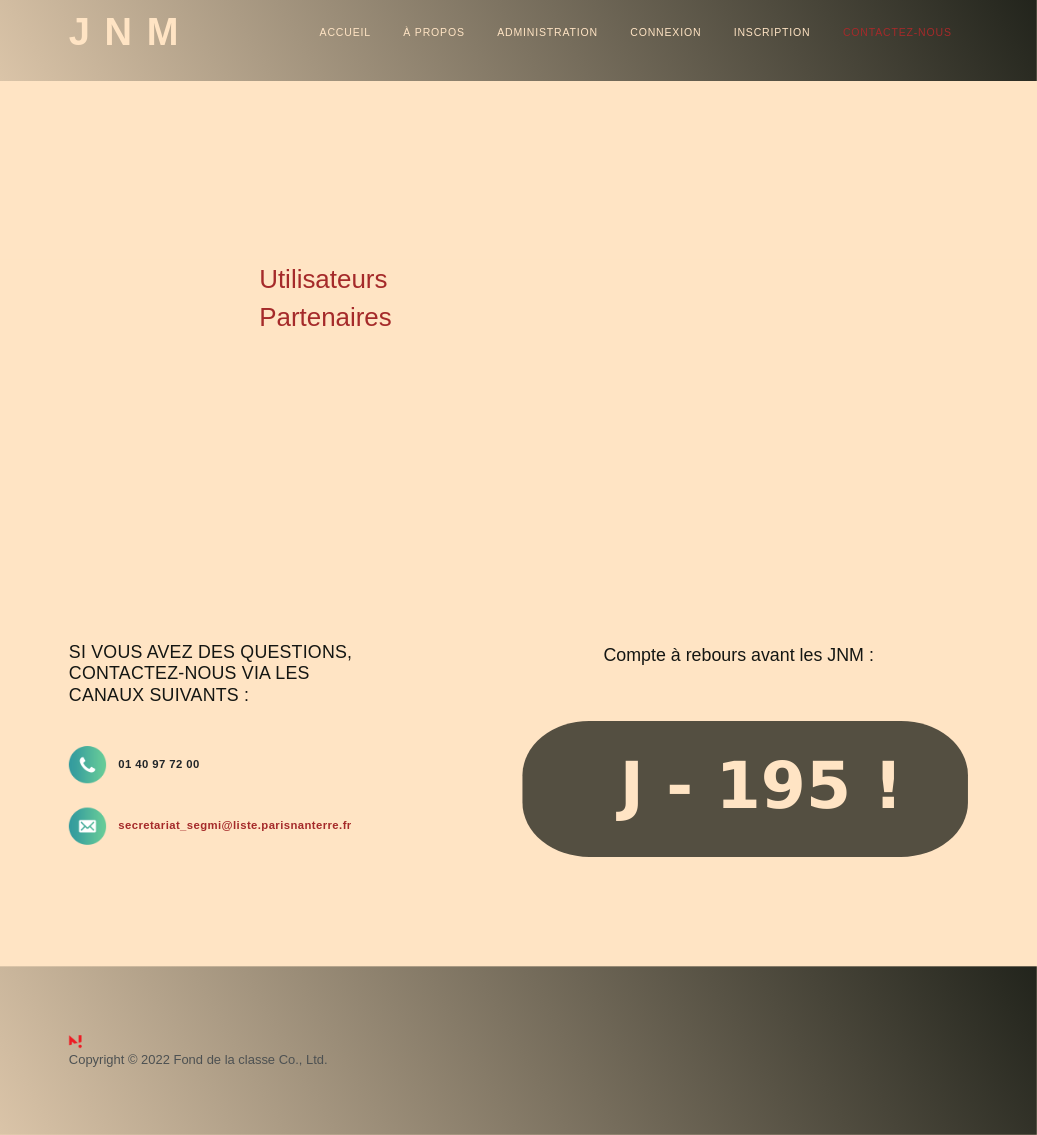
Repository: RiadNadri/ProjetWeb2022
Page: templates/Admin/admin.html.twig
The author's editor kept a copy of each file at every save. The page is drawn from the files as they stood at one save, then again after the next save.
The browser window is 1280 px wide. The pictures show the whole page, at 81% of full size.
Some web fonts or font styles are not loaded; a fallback is used. The page is a Twig template of a Symfony application; nobody is signed in and links lead nowhere. The template is opened directly, without the code that normally fills it, so the values that code supplies are empty.

Above is the page before, as saved 2022-12-24 16:50:25.

### templates/Admin/admin.html.twig
{% extends 'base.html.twig' %}

{% block title %} Administration {% endblock %}

{% block body %}

<style>
    .buttonUser{
        margin-top: 25%;
        margin-bottom: 20%;
        margin-left: 25%;
        font-size: xx-large;
    }
    .buttonPartenaire{
        margin-right: 30%;
        font-size: xx-large;
    }
</style>

<div class="section">
    <div class="buttonUser" >
        <a href="{{path('app_user')}}">Utilisateurs</a>
        <div class="buttonPartenaire">
            <a href="{{path('app_user')}}">Partenaires</a>
        </div>
    </div>
</div>
{% endblock %}

### templates/base.html.twig
<!DOCTYPE html>
<html>
    <head>
        <meta charset="UTF-8">
        <title>{% block title %}{% endblock %} - JNM</title>
        <meta name="viewport" content="width=device-width, initial-scale=1, shrink-to-fit=no">
        <meta name="description" content="">
        <meta name="author" content="">
        <link href="https://fonts.googleapis.com/css?family=Raleway:100,200,300,400,500,600,700,800,900&display=swap" rel="stylesheet">
        <link rel="shortcut icon" type= "image/png" href="{{ asset('img/favicon.png')}}" />

        {# Run `composer require symfony/webpack-encore-bundle` to start using Symfony UX #}

        <link rel="stylesheet" href="{{ asset('assets/css/bootstrap.min.css')}}">
        <link rel="stylesheet" href="{{ asset('assets/css/templatemo-breezed (1).css')}}">

        {% block stylesheets %}{% endblock %}

        {% block javascripts %}{% endblock %}
    </head>
    <body>

        <header class="header-area header-sticky">
        <div class="container">
            <div class="row">
                <div class="col-12">
                    <nav class="main-nav">
                        <!-- ***** Logo Start ***** -->
                        <a href="{{path('app_accueil')}}" class="logo">
                            JNM
                        </a>
                        <!-- ***** Logo End ***** -->
                        <!-- ***** Menu Start ***** -->
                        <ul class="nav">
                            <li class="scroll-to-section"><a href="{{path('app_accueil')}}" >Accueil</a></li>
                            <li class="scroll-to-section"><a href="#about">À propos</a></li>
                            <li class="scroll-to-section"><a href="{{path('app_admin')}}">Administration</a></li>
                            <li class="scroll-to-section"><a href="{{path('app_connexion')}}">Connexion</a></li>
                            {% if app.user %}
                                <li class="scroll-to-section"><a href="#réservation">Réservation</a></li>
                                <li class="scroll-to-section"><a href="{{path('app_profil')}}">Mon profil</a></li>
                                <li class="scroll-to-section"><a href="{{path('app_deconnexion')}}">Deconnexion</a></li>
                            {% else %}
                                <li class="scroll-to-section"><a href="{{path('app_inscription')}}">Inscription</a></li>
                            {% endif %}
                            <li class="scroll-to-section"><a href="#contact-us" class="active">Contactez-Nous</a></li>


                        </ul>

                        <!-- ***** Menu End ***** -->
                    </nav>
                </div>
            </div>
        </div>
    </header>

    {% block body %}
    <section class="section" id="about">
        <div class="container">
            <div class="row">
                <div class="col-lg-6 col-md-6 col-xs-12">
                    <div class="left-text-content">
                        <div class="section-heading">
                            <h6>À propos des Journées Nationales de la MIAGE</h6>
                            <h2>Certains de nos partenaires</h2>
                        </div>
                        <div class="row">
                            <div class="col-md-6 col-sm-6">
                                <div class="service-item">
                                    <a href="https://pepsi.fr/" rel ="nofollow noopener" target="_blank"> <img src="{{ asset('img/Pepsi-Logo-PNG-Pic.png')}}" alt=""> </a>
                                    <h4><a rel="nofollow noopener" href="https://pepsi.fr/" target="_blank">Pepsi</a></h4>
                                </div>
                            </div>
                            <div class="col-md-6 col-sm-6">
                                <div class="service-item">
                                    <a href="https://www.beinsports.com/france/" rel ="nofollow noopener" target="_blank"> <img src="{{ asset('img/Bein_sport_logo.png')}}" alt=""> </a>
                                    <h4><a rel="nofollow noopener" href="https://www.beinsports.com/france/" target="_blank">BeIn Sport</a></h4>
                                </div>
                            </div>
                            <div class="col-md-6 col-sm-6">
                                <div class="service-item">
                                    <a href="https://www.canalplus.com/" rel ="nofollow noopener" target="_blank"> <img src="{{ asset('img/canal-logo-png-transparent.png')}}" alt=""> </a>
                                    <h4><a rel="nofollow noopener" href="https://www.canalplus.com/" target="_blank">Canal +</a></h4>
                                </div>
                            </div>
                            <div class="col-md-6 col-sm-6">
                                <div class="service-item">
                                    <a href="https://www.wwf.fr/" rel ="nofollow noopener" target="_blank"> <img src="{{ asset('img/panda.png')}}" alt=""> </a>
                                    <h4><a rel="nofollow noopener" href="https://www.wwf.fr/" target="_blank">WWF</a></h4>
                                </div>
                            </div>
                            <div class="col-md-12">
                                <a href="#" class="main-button-icon">
                                    En savoir plus
                                </a>
                            </div>
                        </div>
                    </div>
                </div>
                <div class="col-lg-6 col-md-6 col-xs-12">
                    <div class="right-text-content">
                        <p>Les Journées Nationales de la Miage sont organisées par <a rel="nofollow noopener" href="https://www.parisnanterre.fr/" target="_blank">L'Université Paris Nanterre</a> en 2023.
                        <br><br>Du 01/06/2023 au 04/06/2023 venez participer aux Journées Nationales de la MIAGE aux portes de Paris sur le campus de Nanterre. Retrouvez-y toutes les MIAGE de France pour partager un bon moment.
                      <br><br>Prenez part aux différentes activités et profitez-en pour élargir votre réseau miagiste !</p>
                    </div>
                </div>
            </div>
        </div>
    </section>

    <section class="section" id="features">
        <div class="container">
            <div class="row">
                <div class="col-lg-4 col-md-6 col-sm-12 col-xs-12" data-scroll-reveal="enter left move 30px over 0.6s after 0.4s">
                    <div class="features-item">
                        <div class="features-icon">
                            <img src="{{ asset('img/Icone.png')}}" height="30px" width="30px" alt="">
                        </div>
                        <div class="features-content">
                            <h4>Le campus de Nanterre</h4>
                            <p>Situé à proximité du quartier d'affaires da La Défense, le campus de Nanterre s'étend sur 30 hectares.<br> Chaque année, il accueille plus de 40 000 étudiants et met à leur disposition divers types d'infrastructures permettant de pratiquer des activités sportives et culturelles !</p>
                            <a href="https://www.parisnanterre.fr/" target="_blank" class="text-button-icon">
                                En savoir plus
                            </a>
                        </div>
                    </div>
                </div>
                <div class="col-lg-4 col-md-6 col-sm-12 col-xs-12" data-scroll-reveal="enter bottom move 30px over 0.6s after 0.4s">
                    <div class="features-item">
                        <div class="features-icon">
                            <img src="{{ asset('img/miage.png')}}" height="30px" width="30px" alt="">
                        </div>
                        <div class="features-content">
                            <h4>La Miage de Nanterre</h4>
                            <p>Intégrée au sein de l'Unité de Formation et de Recherche
                                <a href="https://ufr-segmi.parisnanterre.fr/" rel="nofollow noopener" target="_blank">
                                SEGMI
                                </a> au bâtiment Allais (G), la MIAGE de Nanterre</p>
                            <a href="https://miage.parisnanterre.fr/" class="text-button-icon">
                                En savoir plus
                            </a>
                        </div>
                    </div>
                </div>
                <div class="col-lg-4 col-md-6 col-sm-12 col-xs-12" data-scroll-reveal="enter right move 30px over 0.6s after 0.4s">
                    <div class="features-item">
                        <div class="features-icon">
                            <img src="{{ asset('img/eiffel.png')}}" height="50px" width="50px"alt="">
                        </div>
                        <div class="features-content">
                            <h4>Le séjour à Paris</h4>
                            <p>Vous pourrez profiter d'ếtre aux portes de Paris pour visiter la capitale. La ligne du RER A vous permettra de rejoindre le centre-ville en moins de 30 minutes.<br> Allez explorer le 1er arrondissement riche en culture, ou manger dans l'un des 18 000 restaurants parisiens !</p>
                            <a href="https://www.parisinfo.com/visiter-a-paris" class="text-button-icon">
                                En savoir plus
                            </a>
                        </div>
                    </div>
                </div>
            </div>
        </div>
    </section>
    {% endblock %}


    <!-- ***** Contact Us Area Starts ***** -->
    <section class="section" id="contact-us">
        <div class="container">
            <div class="row">
                <div class="col-lg-4 col-md-4 col-xs-12">
                    <div class="left-text-content">
                        <div class="section-heading">
                            <h6>Si vous avez des questions, Contactez-nous via les canaux suivants :</h6>
                        </div>
                        <ul class="contact-info">
                            <li><img src="{{ asset('img/contact-info-01.png')}}" alt="">01 40 97 72 00</li>
                            <li><img src="{{ asset('img/contact-info-02.png')}}" alt=""><a href="mailto:secretariat_segmi@liste.parisnanterre.fr">secretariat_segmi@liste.parisnanterre.fr</a></li>
                        </ul>
                    </div>
                </div>

                <div class="col-lg-8 col-md-6 col-xs-12">
                    <div class="section-heading">
                        <h7>Compte à rebours avant les JNM :</h7>
                    </div>
                    <div class="cpt">

                        <label id="Compte"></label>
                            <script type="text/javascript" >
                                var Affiche=document.getElementById("Compte");
                                function Rebour() {
                                 var date1 = new Date();
                                 var date2 = new Date ("Jun 1, 2023 00:00:00");
                                 var sec = (date2 - date1) / 1000;
                                 var n = 24 * 3600;
                                 if (sec > 0) {
                                        j = Math.floor (sec / n);
                                        Affiche.innerHTML = "J - " + j + " !";
                                 }
                                 tRebour=setTimeout ("Rebour();", 1000);
                                }
                             Rebour();
                            </script>

                    </div>
                </div>

            </div>
        </div>
    </section>


    </body>


    <!-- ***** Footer Start ***** -->
    <footer>
        <div class="container">
            <div class="row">
                <div class="col-lg-6 col-xs-12">
                    <div class="left-text-content">
                        <a rel="nofollow noopener" href="https://www.parisnanterre.fr/" target="_blank"><img src="{{ asset('img/Icone.png')}}" alt=""><br>Copyright &copy; 2022 Fond de la classe Co., Ltd. </a>
                    </div>
                </div>

            </div>
        </div>
    </footer>
</html>

Loaded but not shown: public/assets/css/bootstrap.min.css (library); public/assets/css/templatemo-breezed (1).css (908 lines, source omitted)

After the next save:
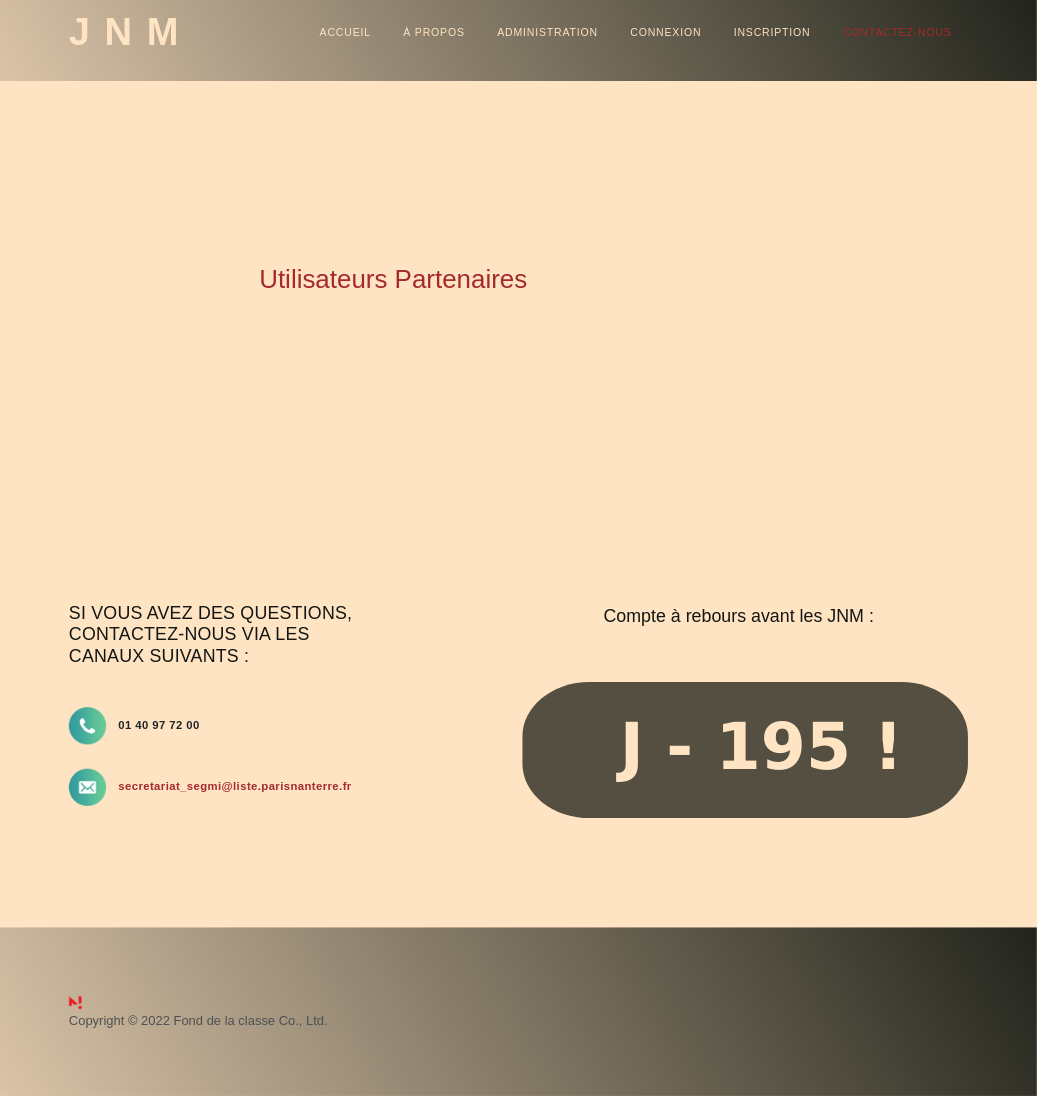
Saved 53 s later.
--- a/templates/Admin/admin.html.twig
+++ b/templates/Admin/admin.html.twig
@@ -20,9 +20,9 @@
 <div class="section">
     <div class="buttonUser" >
         <a href="{{path('app_user')}}">Utilisateurs</a>
-        <div class="buttonPartenaire">
-            <a href="{{path('app_user')}}">Partenaires</a>
-        </div>
+
+            <a "buttonPartenaire" class href="{{path('app_user')}}">Partenaires</a>
+
     </div>
 </div>
 {% endblock %}
